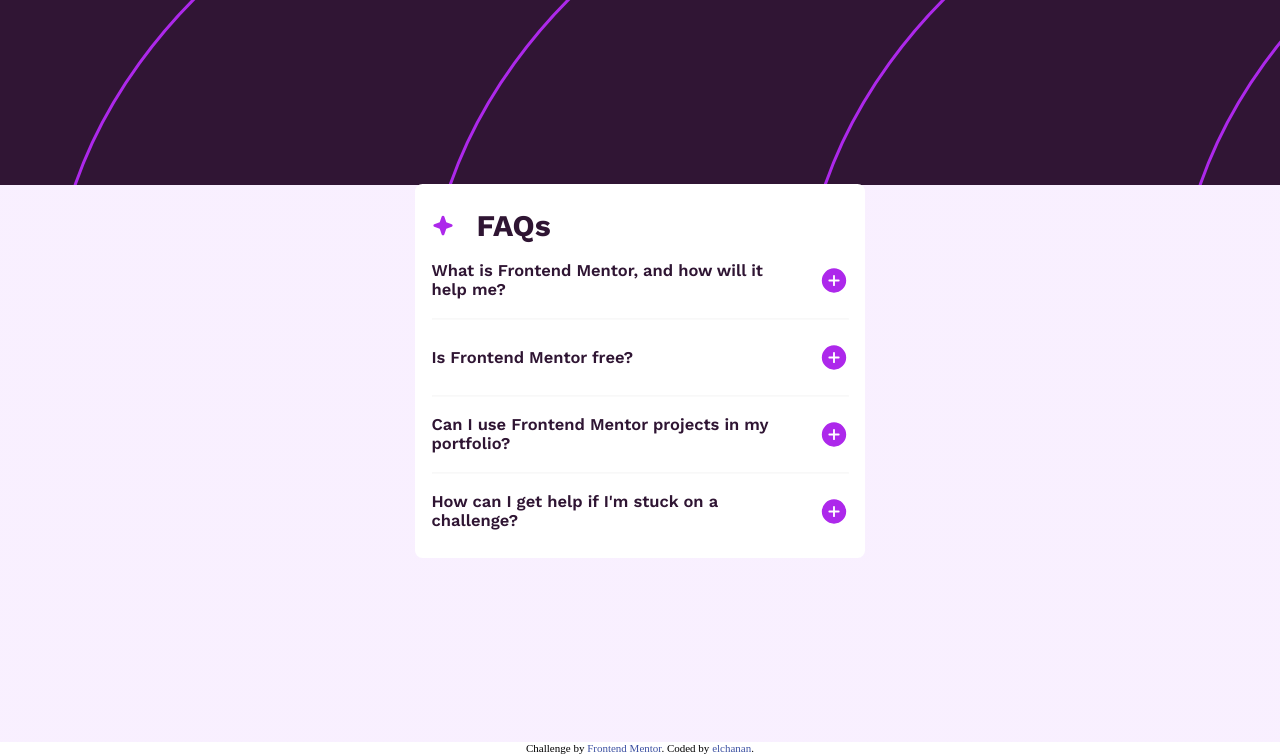
Repository: elchananChen/frontend-mentor-projects
Page: 2024/10/faQs/index.html
An editor plug-in stored every save of this project. The page is shown before and after the next save, followed by the edit.
The browser window is 1280 px wide. The pictures show the whole page.

Above is the page before, as saved 2024-10-15 23:54:40.

After the next save:
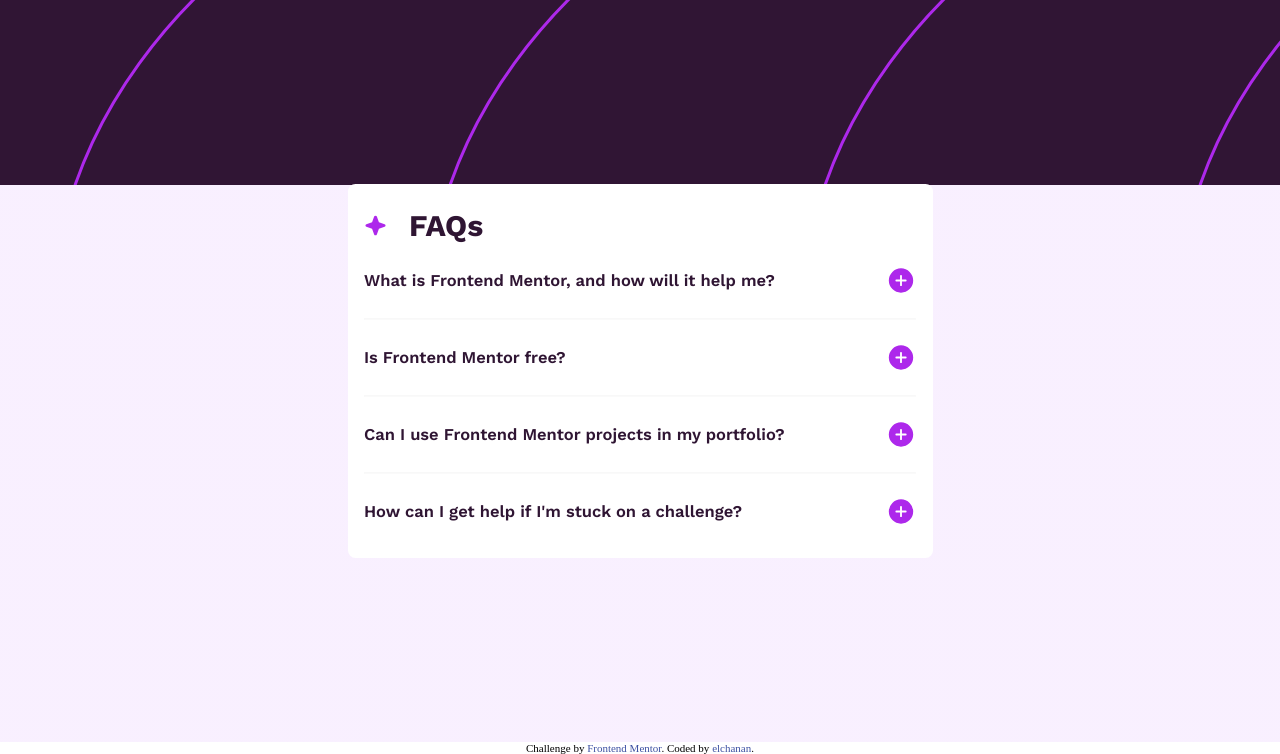
Saved 5 s later.
--- a/2024/10/faQs/style.css
+++ b/2024/10/faQs/style.css
@@ -29,7 +29,7 @@
     url("./assets/images/background-pattern-mobile.svg");
 }
 .card {
-  flex-basis: 30rem;
+  flex-basis: 39rem;
   background-color: var(--color-White);
   padding: 1.1rem;
   border-radius: 0.5rem;
